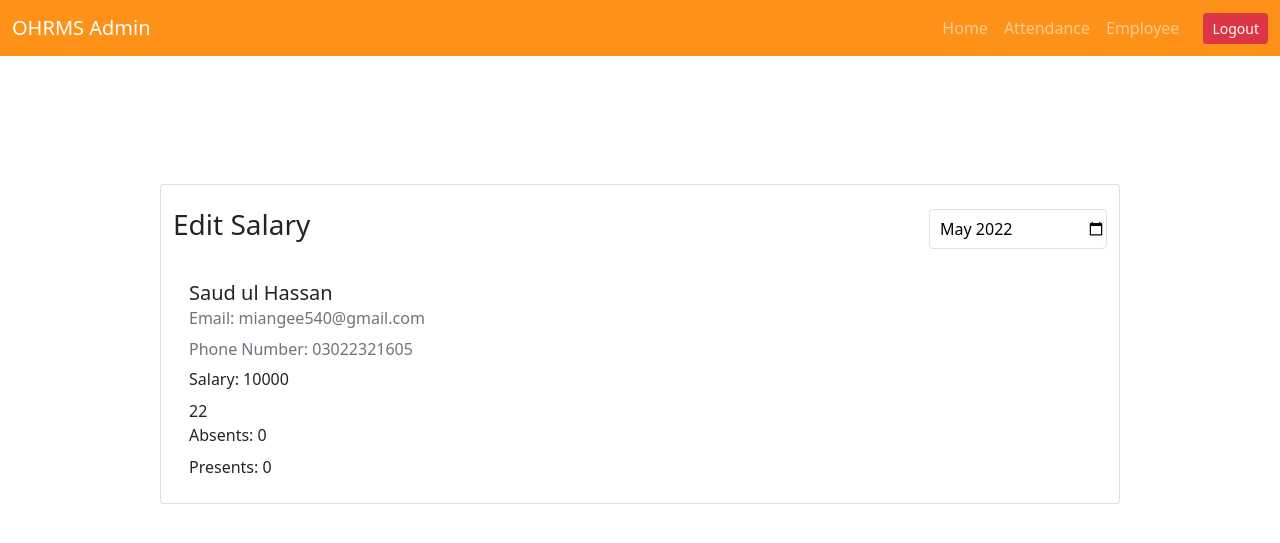
Repository: SaudCh/PHP-OHRMS
Page: http://localhost/admin/edit-salary?id=49
An editor plug-in stored every save of this project. The page is shown before and after the next save, followed by the edit.
The browser window is 1280 px wide. The pictures show the whole page.
Some web libraries are served in a nearby version. The page is run by PHP 8.4 with error messages shown; the project is at /var/www/html/. The session is filled in as if someone had signed in: {"admin": "admin@ohrm.com"}. The database holds what the project's SQL file puts in it. Queries for data that is not in the repository find no rows.

Above is the page before, as saved 2022-06-06 00:05:09.

After the next save:
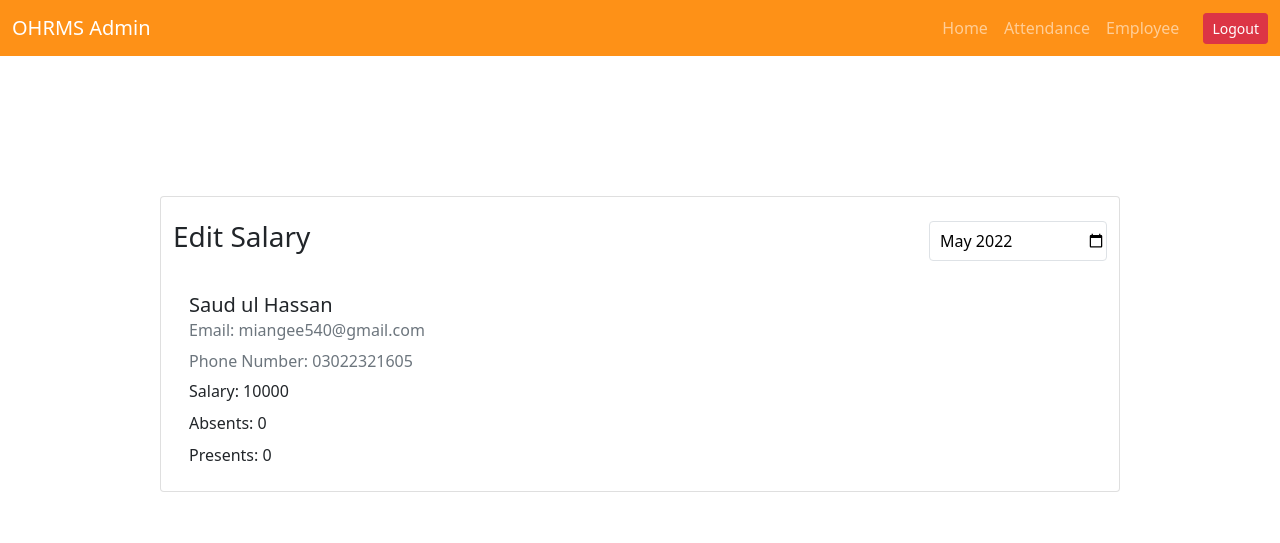
Saved 17 s later.
--- a/admin/edit-salary.php
+++ b/admin/edit-salary.php
@@ -70,9 +70,6 @@
                             }
                         }
 
-                        echo $workdays;
-
-
                         $id = $_GET['id'];
                         $sql = "select * from attendance where empId = '$id' and date like '$date%'";
                         $results = mysqli_query($con, $sql);
